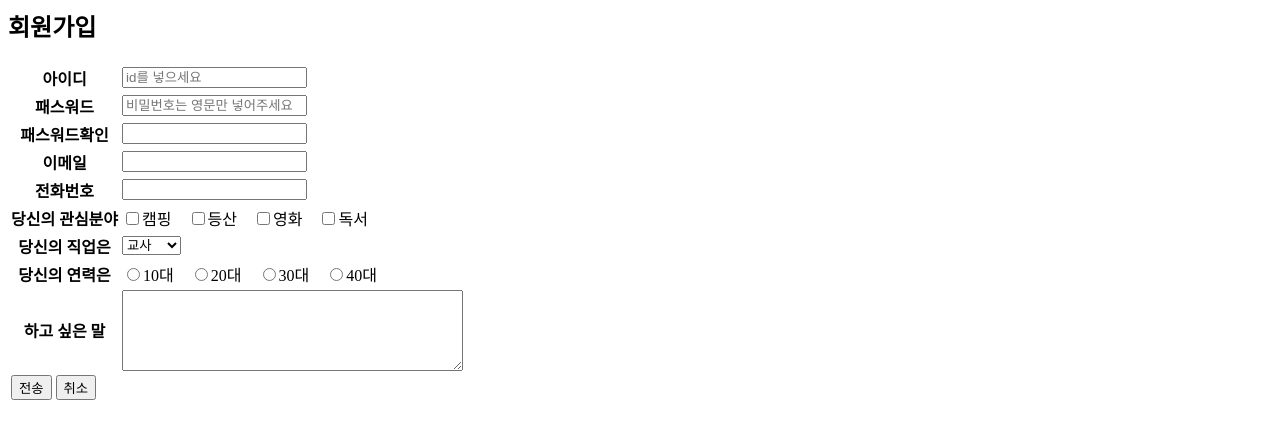
Repository: JaeJin2044/Community_spring
Page: http://localhost/Community/WEB-INF/views/user/join.jsp
An editor plug-in stored every save of this project. The page is shown before and after the next save, followed by the edit.
The browser window is 1280 px wide. The pictures show the whole page.
The page is served by Tomcat 9. Nobody is signed in. Other server files are loaded and not shown. The template is opened directly, without the code that normally fills it, so the values that code supplies are empty.

Above is the page before, as saved 2021-03-23 05:00:25.

### Community/src/main/webapp/WEB-INF/views/user/join.jsp
<%@ page language="java" contentType="text/html; charset=UTF-8"
	pageEncoding="UTF-8"%>

 <section class="container">
    <h2>회원가입</h2>
    <form action="MemberJoinProc.jsp" method="post">
        <table class="table table-boardered">
            <tr>
                <th>아이디</th>
                <td><input type="text" class="form-control" name="id" placeholder="id를 넣으세요"></td>
            </tr>
            <tr>
                <th>패스워드</th>
                <td><input type="password" class="form-control" name="pass1" placeholder="비밀번호는 영문만 넣어주세요"></td>
            </tr>

            <tr>
                <th>패스워드확인</th>
                <td><input type="password" class="form-control" name="pass2"></td>
            </tr>

            <tr>
                <th>이메일</th>
                <td><input type="email" class="form-control" name="email"></td>
            </tr>

            <tr>
                <th>전화번호</th>
                <td><input type="tel" class="form-control" name="tel"></td>
            </tr>

            <tr>
                <th>당신의 관심분야</th>
                <td>
                <input type="checkbox"  name="hobby" value="캠핑">캠핑 &nbsp;&nbsp;
                <input type="checkbox"  name="hobby" value="등산">등산 &nbsp;&nbsp;
                <input type="checkbox"  name="hobby" value="영화">영화 &nbsp;&nbsp;
                <input type="checkbox"  name="hobby" value="독서">독서 &nbsp;&nbsp;
                </td>
            </tr>

            <tr>
                <th>당신의 직업은</th>
                <td>
                 <select name="job" class="form-control">
                    <option value="교사">교사</option>
                    <option value="변호사">변호사</option>
                    <option value="의사">의사</option>
                    <option value="기술사">기술사</option>
                 </select>
                </td>
            </tr>


            <tr>
                <th>당신의 연력은</th>
                <td>
                <input type="radio"  name="age" value="10">10대 &nbsp;&nbsp;
                <input type="radio"  name="age" value="20">20대 &nbsp;&nbsp;
                <input type="radio"  name="age" value="30">30대 &nbsp;&nbsp;
                <input type="radio"  name="age" value="40">40대 &nbsp;&nbsp;
                </td>
            </tr>

            <tr>
                <th>하고 싶은 말</th>
                <td>
                 <textarea rows="5" cols="40" name="info" class="form-control"></textarea>
                </td>
            </tr>


            <tr>
                <td colspan="2">
                <input type="submit" class="btn btn-primary" value="전송">
                <input type="reset" class="btn btn-danger" value="취소">
                </td>
            </tr>


        </table>
    </form>
</section>

After the next save:
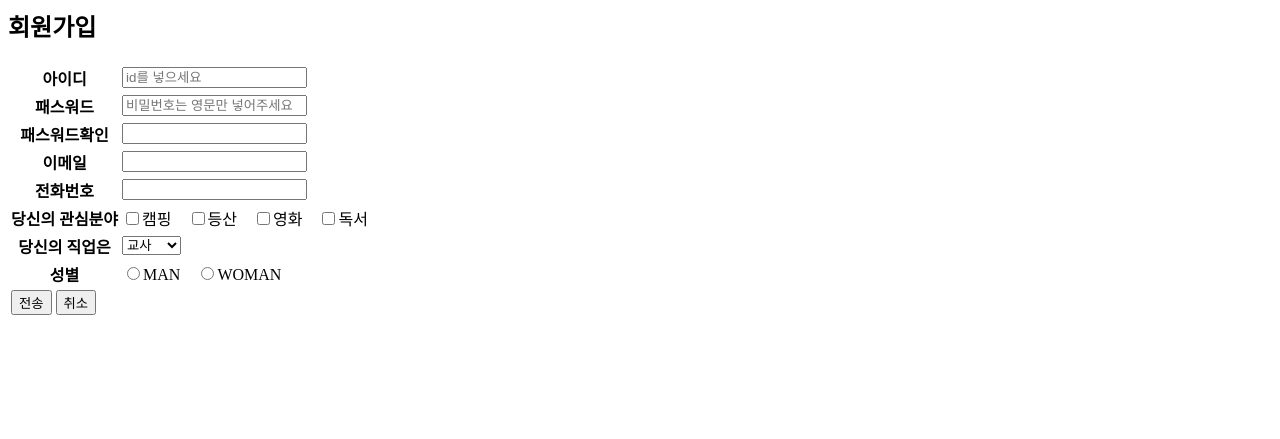
Saved 81 s later.
--- a/Community/src/main/webapp/WEB-INF/views/user/join.jsp
+++ b/Community/src/main/webapp/WEB-INF/views/user/join.jsp
@@ -53,22 +53,13 @@
 
 
             <tr>
-                <th>당신의 연력은</th>
+                <th>성별</th>
                 <td>
-                <input type="radio"  name="age" value="10">10대 &nbsp;&nbsp;
-                <input type="radio"  name="age" value="20">20대 &nbsp;&nbsp;
-                <input type="radio"  name="age" value="30">30대 &nbsp;&nbsp;
-                <input type="radio"  name="age" value="40">40대 &nbsp;&nbsp;
+                <input type="radio"  name="age" value="10">MAN &nbsp;&nbsp;
+                <input type="radio"  name="age" value="20">WOMAN &nbsp;&nbsp;
+
                 </td>
             </tr>
-
-            <tr>
-                <th>하고 싶은 말</th>
-                <td>
-                 <textarea rows="5" cols="40" name="info" class="form-control"></textarea>
-                </td>
-            </tr>
-
 
             <tr>
                 <td colspan="2">
